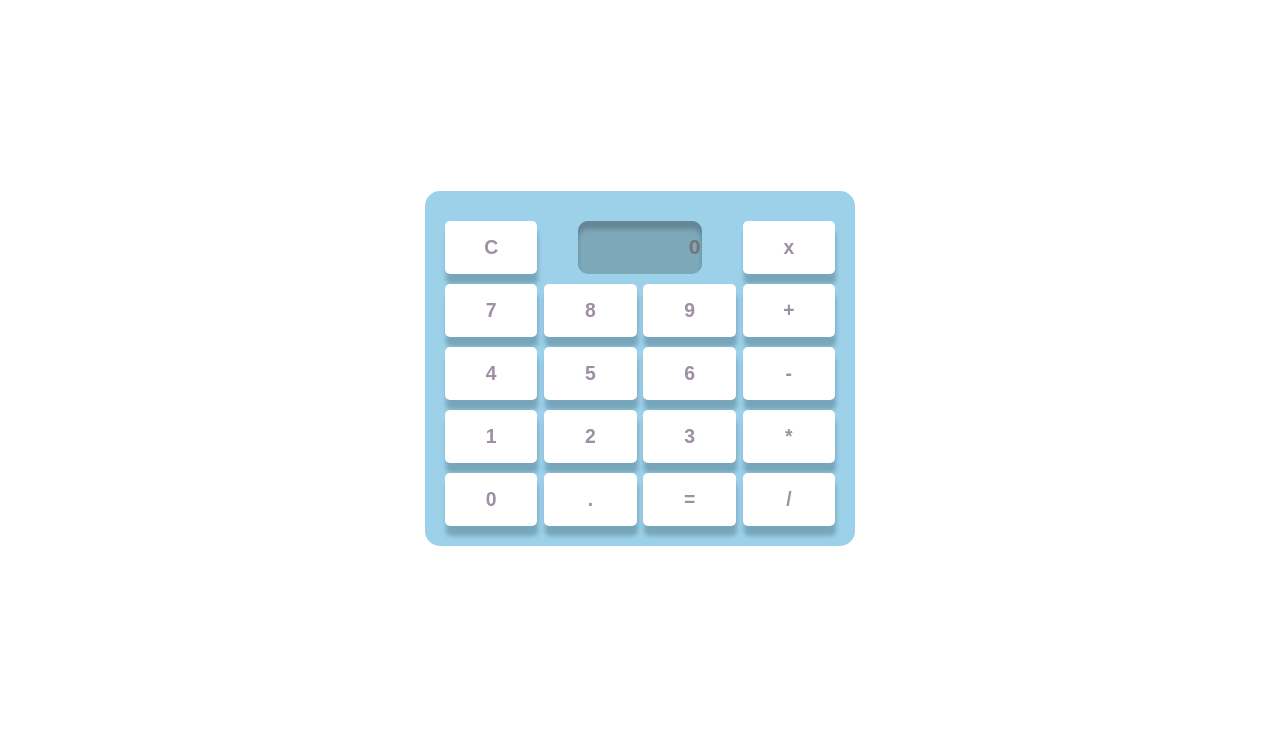
Repository: sem1103/calculator
Page: index.html
The author's editor kept a copy of each file at every save. The page is drawn from the files as they stood at one save, then again after the next save.
The browser window is 1280 px wide. The pictures show the whole page.

Above is the page before, as saved 2023-11-02 11:49:57.

After the next save:
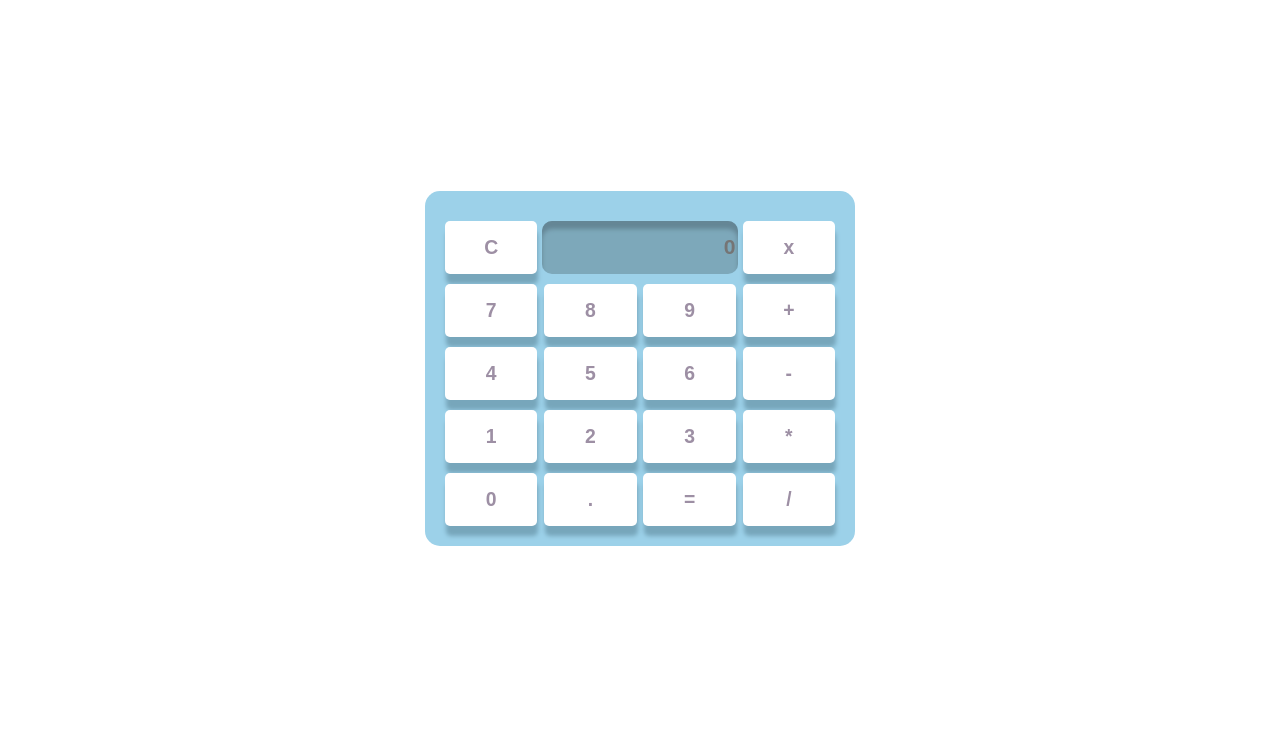
Saved 15 s later.
--- a/index.html
+++ b/index.html
@@ -28,7 +28,7 @@
         .calc__display {
             box-shadow: inset 0px 8px 4px 0px #658695;
             background-color: #7da8ba;
-            width: 32%;
+            width: 50%;
             border-radius: 10px;
             border: 0;
             outline: 0;
